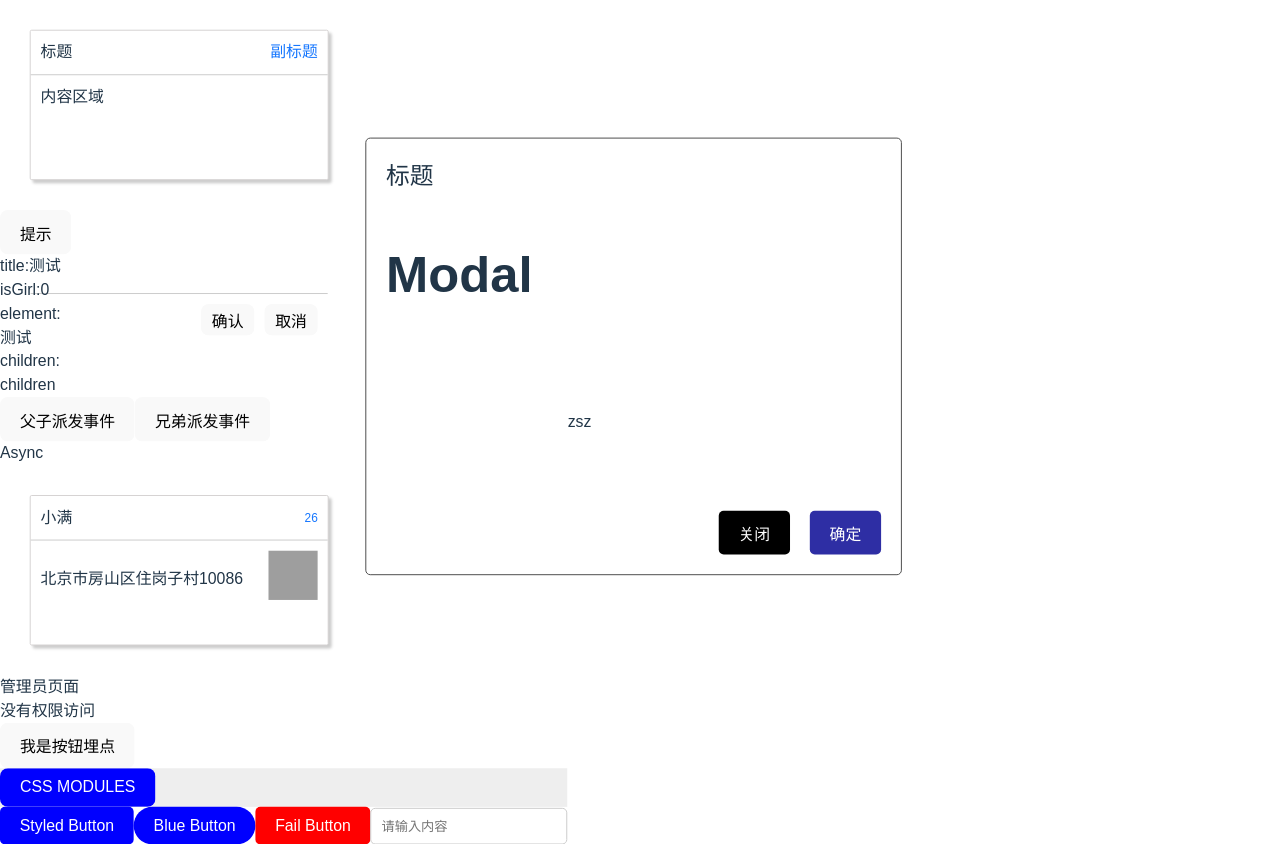
Repository: EDMZJJJ/learn-react
Page: /
These files come from the project's save history. The page is drawn as it stood at one moment and after the next save; the edit follows.
The browser window is 1280 px wide. The pictures show the whole page, at 99% of full size.
Pictures or frames that could not be fetched are drawn as grey boxes. The project was rebuilt for these pictures with package versions that can differ from the ones it lists, and the page was loaded fresh each time. Also part of the build but not shown: vite.config.ts, src/components/Skeleton/index.css, src/components/Message/index.css, src/components/Message/index.tsx.

Above is the page before, as saved 2026-03-11 16:29:26.

After the next save:
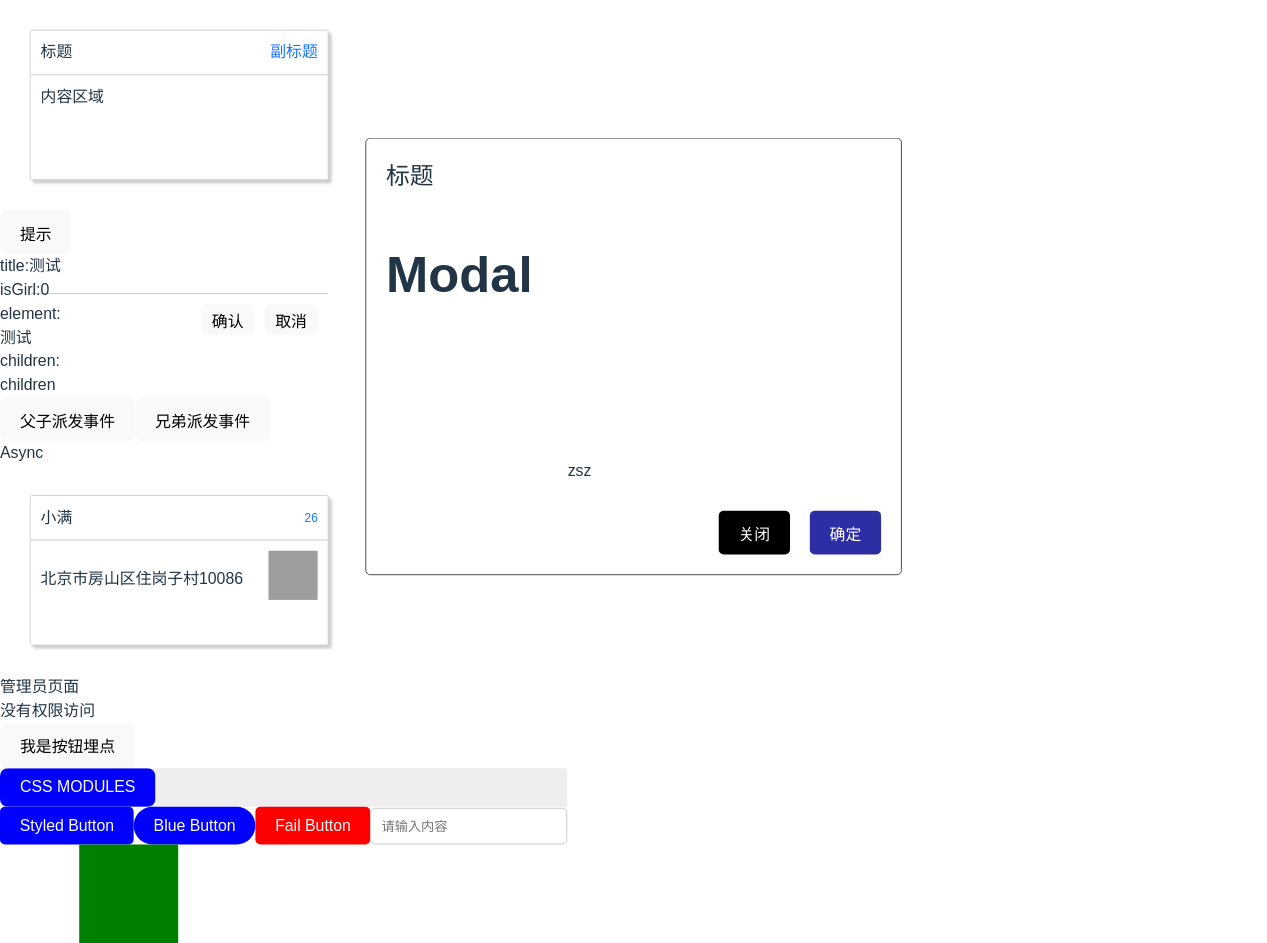
Saved 36 s later.
--- a/src/App.tsx
+++ b/src/App.tsx
@@ -118,6 +118,21 @@ const GlobalStyle = createGlobalStyle`
     font-family: 'Arial', sans-serif;
   }
 `
+// 通过 keyframes 来创建动画
+const move=keyframes`
+  from {
+    transform: translateX(0);
+  }
+  to {
+    transform: translateX(100px);
+  }
+`
+const AnimatedDiv = styled.div`
+   width: 100px;
+   height: 100px;
+   background-color: green;
+   animation: ${move} 2s linear infinite;
+`
 
 const App: React.FC = () =>  {
   //所有hook都必须在组件的最顶层调用，不能在循环或条件语句中调用它。
@@ -175,6 +190,7 @@ const App: React.FC = () =>  {
       <FailButton>Fail Button</FailButton>
       <InputComponent placeholder="请输入内容" />
       <GlobalStyle />
+      <AnimatedDiv />
     </>
   )
 }
